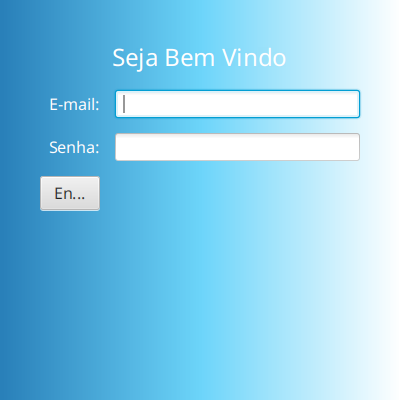
Repository: AlanVidalll/Curso-Java-Completo
Program's window: java exercicios-javafx/src/fxmll/AppFXML.java
These files come from the project's save history. The program's window is drawn as it stood at one moment and after the next save; the edit follows.
It runs on Java 21 on a 1366 x 768 screen with JavaFX 11; the title bar is not drawn.

Above is the program's window before, as saved 2020-04-12 13:13:46.

### exercicios-javafx/src/fxmll/AppFXML.java
package fxmll;

import java.net.URL;

import javafx.application.Application;
import javafx.fxml.FXMLLoader;
import javafx.scene.Scene;
import javafx.scene.layout.GridPane;
import javafx.stage.Stage;

public class AppFXML extends Application{

	@Override
	public void start(Stage primaryStage) throws Exception {
		String arquivoCSS = getClass().getResource("/fxmll/Login.css").toExternalForm();
		URL arquivoFXML = getClass().getResource("/fxmll/Login.fxml");
        GridPane rais = FXMLLoader.load(arquivoFXML);

		Scene cena = new Scene(rais,400,400);
		cena.getStylesheets().add(arquivoCSS);

		primaryStage.setResizable(false);
		primaryStage.setTitle("Tela de Login");
		primaryStage.setScene(cena);
		primaryStage.show();
	}

	public static void main(String[] args) {
		launch(args);
	}

}

### exercicios-javafx/src/fxmll/LoginControlador.java
package fxmll;

import javafx.fxml.FXML;
import javafx.scene.control.PasswordField;
import javafx.scene.control.TextField;

public class LoginControlador {


	@FXML
	private TextField campoEmail;
	@FXML
	private PasswordField campoSenha;

	public void entrar() {
		boolean emailValido = campoEmail.getText().equals("alanvidal@gmail.com");
		boolean senhaValida = campoSenha.getText().equals("123456");


		if(emailValido && senhaValida) {

			System.out.println("Sucesso");
		}else {

			System.out.println("Invalido");
		}
}
}

### exercicios-javafx/src/fxmll/Login.fxml
<?xml version="1.0" encoding="UTF-8"?>

<?import javafx.geometry.Insets?>
<?import javafx.scene.layout.*?>
<?import javafx.scene.control.*?>

<GridPane xmlns:fx="http://javafx.com/fxml/1"
fx:controller="fxmll.LoginControlador"
styleClass="login" hgap="15" vgap="15">

     <padding>
     <Insets  left="40" right="40" top="40" bottom="40"/>
     </padding>

     <columnConstraints>
     <ColumnConstraints minWidth="60" prefWidth="60" halignment="right" />
     <ColumnConstraints prefWidth="100" maxWidth="Infinity" hgrow="ALWAYS" />
     </columnConstraints>


<Label text="Seja Bem Vindo"
styleClass="login-titulo"
		GridPane.columnIndex="0" GridPane.rowIndex="0"
		 GridPane.columnSpan="2" GridPane.halignment= "CENTER">

		 </Label>

	<Label text="E-mail:"
	styleClass="login-form-label"
		GridPane.columnIndex="0" GridPane.rowIndex="1"></Label>
		<TextField fx:id="campoEmail"
		GridPane.columnIndex="1" GridPane.rowIndex="1"></TextField>

	<Label text="Senha:"
	styleClass="login-form-label"
		GridPane.columnIndex="0" GridPane.rowIndex="2"></Label>
	<PasswordField fx:id="campoSenha"
		GridPane.columnIndex="1" GridPane.rowIndex="2"></PasswordField>

	<Button text="Entrar"
	styleClass="login-form-botao"
	GridPane.columnIndex="0" GridPane.rowIndex="3"
	onAction="#entrar">
	</Button>
</GridPane>

### exercicios-javafx/src/fxmll/Login.css
.login{

	-fx-background-color: linear-gradient(to right, rgb(41, 128, 185), rgb(109, 213, 250), rgb(255, 255, 255));
}
.login-titulo{

	-fx-font-size: 24px;
	-fx-text-fill: #FFF;


}
.login-form-label{

	-fx-font-size: 16px;
	-fx-text-fill: #FFF;
}
.login-form-botao{

	-fx-font-size: 16px;

}

After the next save:
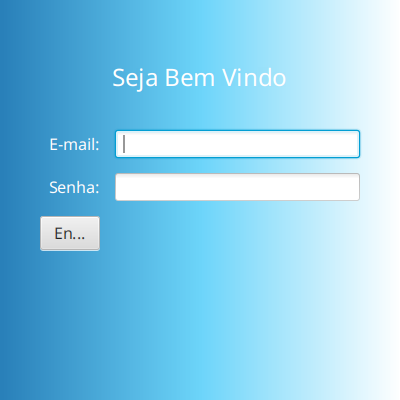
Saved 33 s later.
--- a/exercicios-javafx/src/fxmll/Login.fxml
+++ b/exercicios-javafx/src/fxmll/Login.fxml
@@ -22,6 +22,9 @@
 styleClass="login-titulo"
 		GridPane.columnIndex="0" GridPane.rowIndex="0"
 		 GridPane.columnSpan="2" GridPane.halignment= "CENTER">
+		 <GridPane.margin>
+		   <Insets   top="20" bottom="20"/>
+		 </GridPane.margin>
 
 		 </Label>
 
